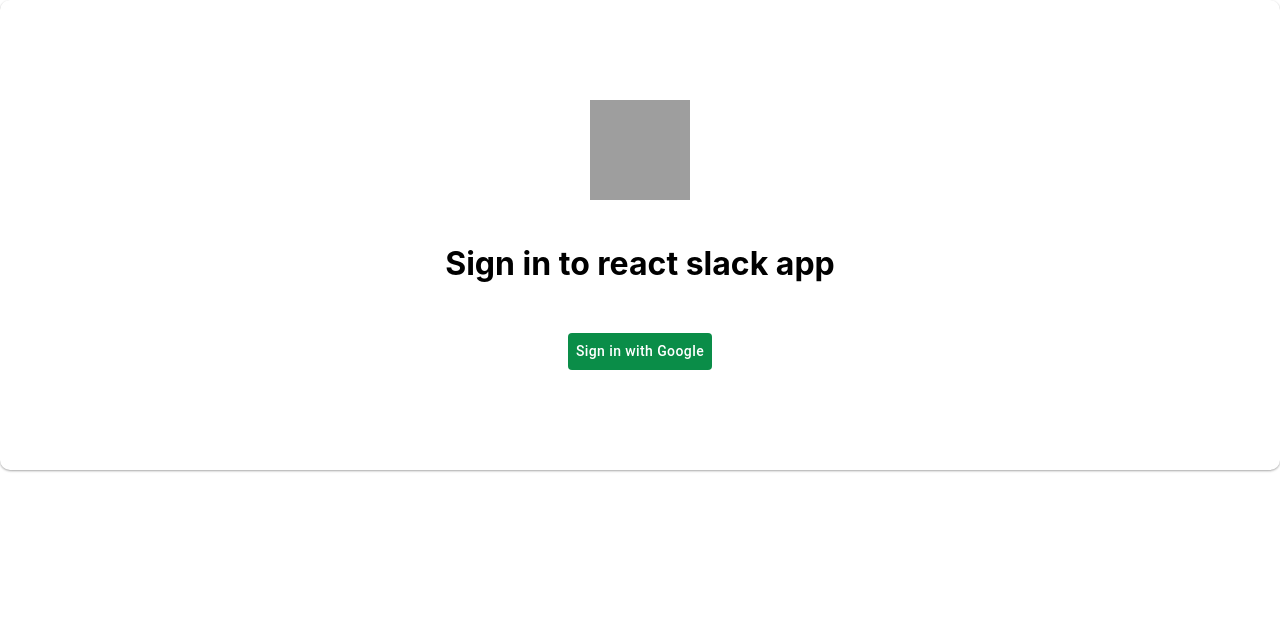
Repository: mminhaz93/React-Slack-Clone
Page: /
The author's editor kept a copy of each file at every save. The page is drawn from the files as they stood at one save, then again after the next save.
The browser window is 1280 px wide. The pictures show the whole page.
Pictures or frames that could not be fetched are drawn as grey boxes. The project was rebuilt for these pictures with package versions that can differ from the ones it lists, and the page was loaded fresh each time. Also part of the build but not shown: src/components/Header.css, src/components/Header.js, src/components/Sidebar.css, src/components/SidebarOption.css, src/firebase.js, src/components/SidebarOption.js, src/components/Sidebar.js, src/Chat.css and 3 more.

Above is the page before, as saved 2020-08-14 00:22:30.

### src/index.css
* {
  margin: 0;
}

body {
  margin: 0;
  font-family: -apple-system, BlinkMacSystemFont, 'Segoe UI', 'Roboto', 'Oxygen',
    'Ubuntu', 'Cantarell', 'Fira Sans', 'Droid Sans', 'Helvetica Neue',
    sans-serif;
  -webkit-font-smoothing: antialiased;
  -moz-osx-font-smoothing: grayscale;
}

code {
  font-family: source-code-pro, Menlo, Monaco, Consolas, 'Courier New',
    monospace;
}

### src/App.js
import React from "react";
import "./App.css";
import Header from "./components/Header";
import Sidebar from "./components/Sidebar";
import Chat from "./Chat";
import Login from "./Login";
import { BrowserRouter as Router, Switch, Route } from "react-router-dom";
import { useState } from "react";

function App() {
  const [currentUser, setCurrentUser] = useState(null);
  return (
    <div className="App">
      <Router>
        {!currentUser ? (
          <Login />
        ) : (
          <>
            <Header />
            <div className="appBody">
              <Sidebar />
              <Switch>
                <Route path="/room/:roomId">
                  <Chat />
                </Route>
              </Switch>
            </div>
          </>
        )}
      </Router>
    </div>
  );
}

export default App;

### src/App.css
body {
  --slack-color: #3f0f40;
  overflow: hidden;
}

.appBody{
  display: flex;
  height: 100vh;

}

### src/Login.js
import React from "react";
import "./Login.css";
import { Button } from "@material-ui/core";

const Login = () => {
  return (
    <div className="login">
      <div className="loginContainer">
        <img
          src="https://www.arthurterry.bham.sch.uk/wp-content/uploads/2016/09/login-logo.png"
          alt=""
        />
        <h1>Sign in to react slack app</h1>
        <Button>Sign in with Google</Button>
      </div>
    </div>
  );
};

export default Login;

### src/Login.css
.login {
    height: 100vh;
}

.loginContainer {
  padding: 100px;
  text-align: center;
  background-color: white;
  border-radius: 10px;
  box-shadow: 0 1px 3px rgba(0, 0, 0, 0.12), 0 1px 2px rgba(0, 0, 0, 0.24);
}

.loginContainer > img {
  object-fit: cover;
  height: 100px;
  width: 100px;
  margin-bottom: 40px;
}

.loginContainer > button {
  margin-top: 50px;
  text-transform: inherit !important;
  background-color: #0a8d48;
  color: white;
}

Loaded but not shown: public/index.html (common file); src/index.js (common file); src/serviceWorker.js (common file)

After the next save:
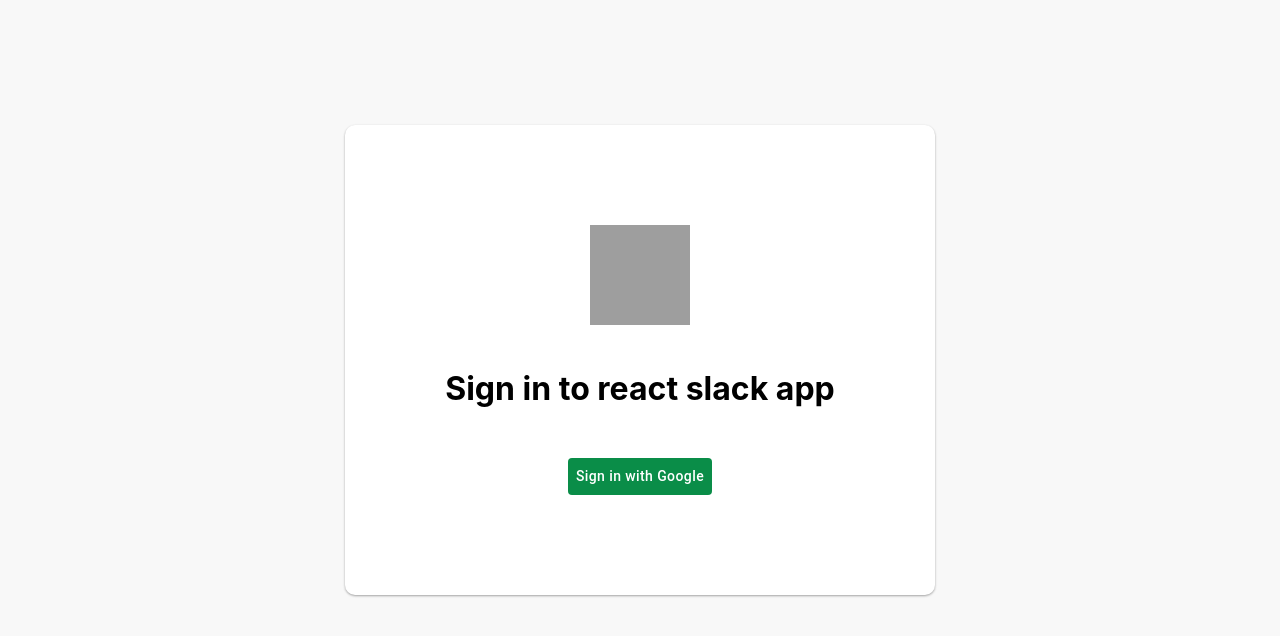
Saved 47 s later.
--- a/src/Login.css
+++ b/src/Login.css
@@ -1,5 +1,8 @@
 .login {
     height: 100vh;
+    background: #f8f8f8;
+    display: grid;
+    place-items: center;
 }
 
 .loginContainer {
